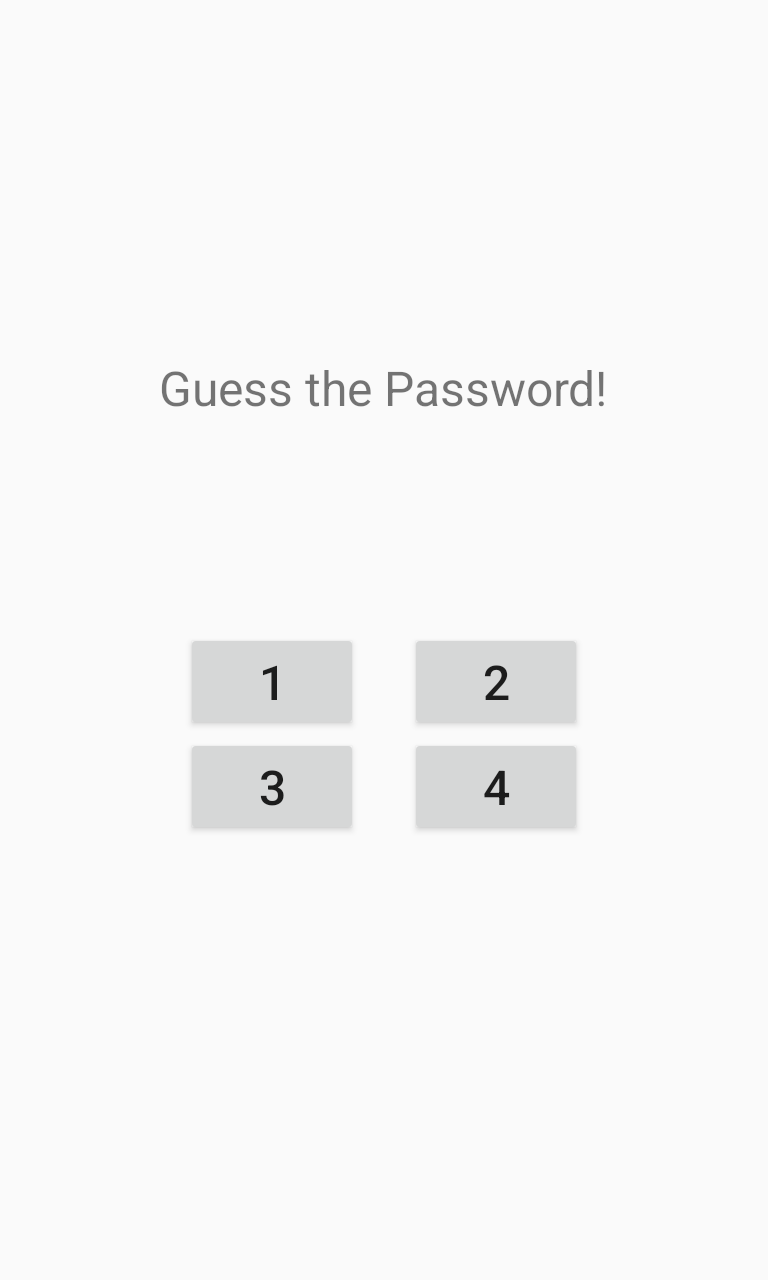
Repository: cryder3/csc303
Layout: Challenge1/res/layout/activity_topsecret.xml
The author's editor kept a copy of each file at every save. The layout is drawn from the files as they stood at one save, then again after the next save.
It is drawn on a 768 x 1280 px phone screen (xhdpi) without system bars, with theme AppTheme; the app's code is not run.

Above is the layout before, as saved 2014-09-10 15:59:38.

### Challenge1/res/layout/activity_topsecret.xml
<LinearLayout xmlns:android="http://schemas.android.com/apk/res/android"
    xmlns:tools="http://schemas.android.com/tools"
    android:id="@+id/LinearLayout1"
    android:layout_width="match_parent"
    android:layout_height="match_parent"
    android:orientation="vertical"
    android:gravity= "center"
    tools:context="${relativePackage}.${activityClass}" >

    <TextView
        android:layout_width="wrap_content"
        android:layout_height="wrap_content"
        android:padding="24dp"
        android:textSize="24dp"
        android:text="@string/title"
        />

    <TextView
        android:id="@+id/entered_text"
        android:layout_width="wrap_content"
        android:layout_height="wrap_content"
        android:textSize="24dp"
        android:padding="24dp"
        />

    <LinearLayout
        android:layout_width="match_parent"
        android:layout_height="wrap_content"
        android:gravity="center"
        >

        <Button
            android:id="@+id/button1"
            android:layout_width="wrap_content"
            android:layout_height="wrap_content"
            android:textSize="24dp"
            android:layout_marginRight="24dp"
            android:text="@string/one" />

        <Button
            android:id="@+id/button2"
            android:layout_width="wrap_content"
            android:layout_height="wrap_content"
            android:textSize="24dp"
            android:text="@string/two" />

    </LinearLayout>

    <LinearLayout
        android:layout_width="match_parent"
        android:layout_height="wrap_content"
        android:gravity="center" >

        <Button
            android:id="@+id/button3"
            android:layout_width="wrap_content"
            android:layout_height="wrap_content"
            android:layout_marginRight="24dp"
            android:text="@string/three"
            android:textSize="24dp" />

        <Button
            android:id="@+id/button4"
            android:layout_width="wrap_content"
            android:layout_height="wrap_content"
            android:text="@string/four"
            android:textSize="24dp" />
    </LinearLayout>

    <TextView
        android:id="@+id/answer"
        android:layout_width="wrap_content"
        android:layout_height="wrap_content"
        android:padding="24dp"
        />


</LinearLayout>

### Challenge1/res/values/strings.xml
<?xml version="1.0" encoding="utf-8"?>
<resources>

    <string name="app_name">Challenge1</string>
    <string name="hello_world">Hello world!</string>
    <string name="incorrect_toast">Nope!</string>
    <string name="one">1</string>
    <string name="two">2</string>
    <string name="three">3</string>
    <string name="four">4</string>
    <string name="title">Guess the Password!</string>

</resources>

Loaded but not shown: Challenge1/res/values/styles.xml (common file); Challenge1/res/values-v11/styles.xml (common file); Challenge1/res/values-v14/styles.xml (common file)

After the next save:
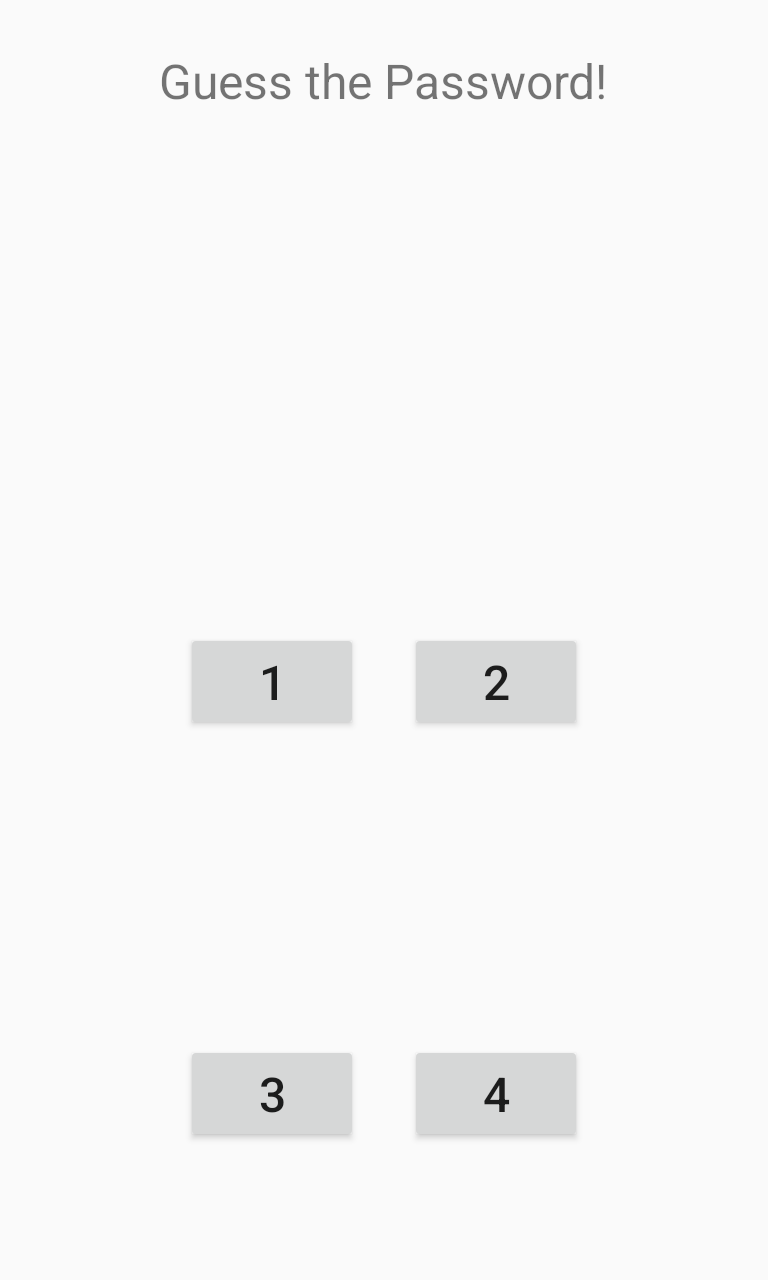
Saved 12 s later.
--- a/Challenge1/res/layout/activity_topsecret.xml
+++ b/Challenge1/res/layout/activity_topsecret.xml
@@ -3,47 +3,44 @@
     android:id="@+id/LinearLayout1"
     android:layout_width="match_parent"
     android:layout_height="match_parent"
+    android:gravity="center"
     android:orientation="vertical"
-    android:gravity= "center"
     tools:context="${relativePackage}.${activityClass}" >
 
     <TextView
         android:layout_width="wrap_content"
         android:layout_height="wrap_content"
         android:padding="24dp"
-        android:textSize="24dp"
         android:text="@string/title"
-        />
+        android:textSize="24dp" />
 
     <TextView
         android:id="@+id/entered_text"
         android:layout_width="wrap_content"
         android:layout_height="wrap_content"
-        android:textSize="24dp"
         android:padding="24dp"
-        />
+        android:textSize="24dp" />
 
     <LinearLayout
         android:layout_width="match_parent"
         android:layout_height="wrap_content"
-        android:gravity="center"
-        >
+        android:layout_weight="0.11"
+        android:gravity="center" >
 
         <Button
             android:id="@+id/button1"
             android:layout_width="wrap_content"
             android:layout_height="wrap_content"
-            android:textSize="24dp"
             android:layout_marginRight="24dp"
-            android:text="@string/one" />
+            android:text="@string/one"
+            android:textSize="24dp" />
 
         <Button
             android:id="@+id/button2"
             android:layout_width="wrap_content"
             android:layout_height="wrap_content"
-            android:textSize="24dp"
-            android:text="@string/two" />
-
+            android:text="@string/two"
+            android:textSize="24dp" />
     </LinearLayout>
 
     <LinearLayout
@@ -71,8 +68,6 @@
         android:id="@+id/answer"
         android:layout_width="wrap_content"
         android:layout_height="wrap_content"
-        android:padding="24dp"
-        />
-
+        android:padding="24dp" />
 
 </LinearLayout>

After the save that followed:
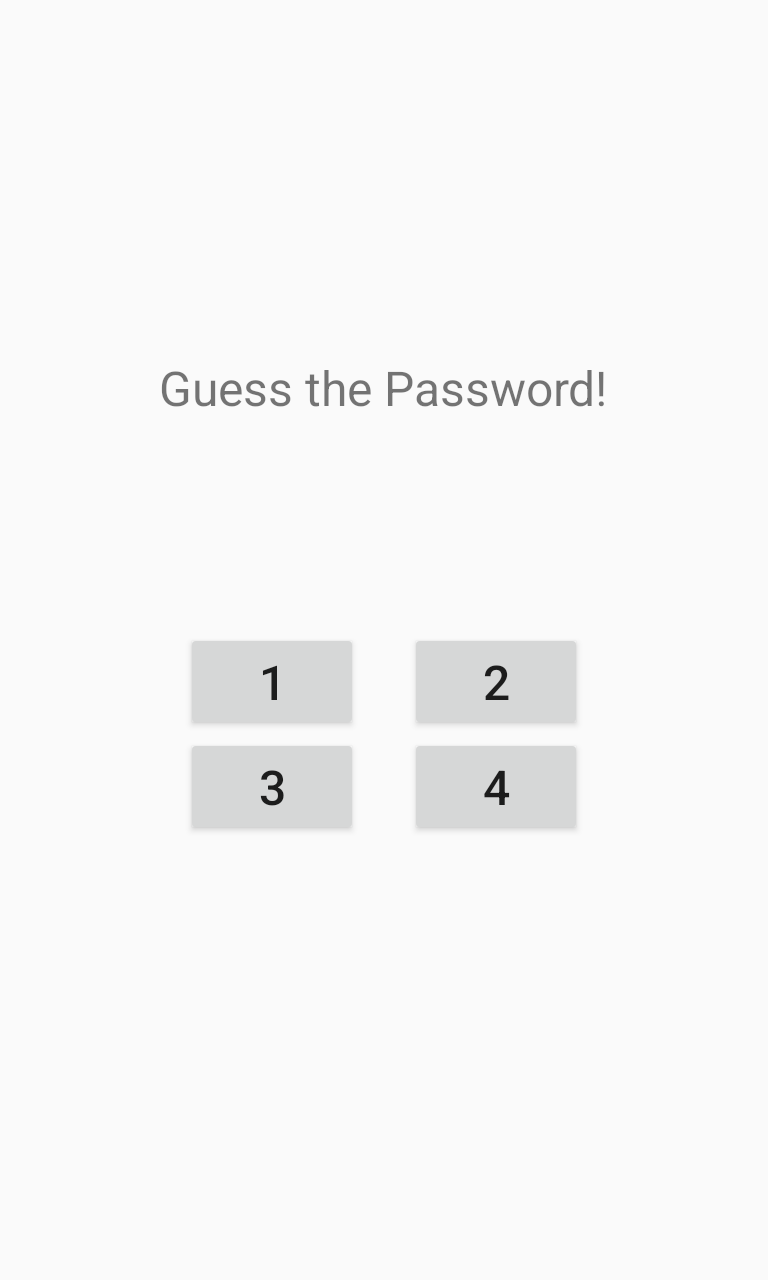
Saved 2 min 6 s later.
--- a/Challenge1/res/layout/activity_topsecret.xml
+++ b/Challenge1/res/layout/activity_topsecret.xml
@@ -3,44 +3,46 @@
     android:id="@+id/LinearLayout1"
     android:layout_width="match_parent"
     android:layout_height="match_parent"
-    android:gravity="center"
     android:orientation="vertical"
+    android:gravity= "center"
     tools:context="${relativePackage}.${activityClass}" >
 
     <TextView
         android:layout_width="wrap_content"
         android:layout_height="wrap_content"
         android:padding="24dp"
+        android:textSize="24dp"
         android:text="@string/title"
-        android:textSize="24dp" />
+        />
 
     <TextView
         android:id="@+id/entered_text"
         android:layout_width="wrap_content"
         android:layout_height="wrap_content"
+        android:textSize="24dp"
         android:padding="24dp"
-        android:textSize="24dp" />
+        />
 
     <LinearLayout
         android:layout_width="match_parent"
         android:layout_height="wrap_content"
-        android:layout_weight="0.11"
         android:gravity="center" >
 
         <Button
             android:id="@+id/button1"
             android:layout_width="wrap_content"
             android:layout_height="wrap_content"
+            android:textSize="24dp"
             android:layout_marginRight="24dp"
-            android:text="@string/one"
-            android:textSize="24dp" />
+            android:text="@string/one" />
 
         <Button
             android:id="@+id/button2"
             android:layout_width="wrap_content"
             android:layout_height="wrap_content"
-            android:text="@string/two"
-            android:textSize="24dp" />
+            android:textSize="24dp"
+            android:text="@string/two" />
+
     </LinearLayout>
 
     <LinearLayout
@@ -68,6 +70,8 @@
         android:id="@+id/answer"
         android:layout_width="wrap_content"
         android:layout_height="wrap_content"
-        android:padding="24dp" />
+        android:padding="24dp"
+        />
+
 
 </LinearLayout>
